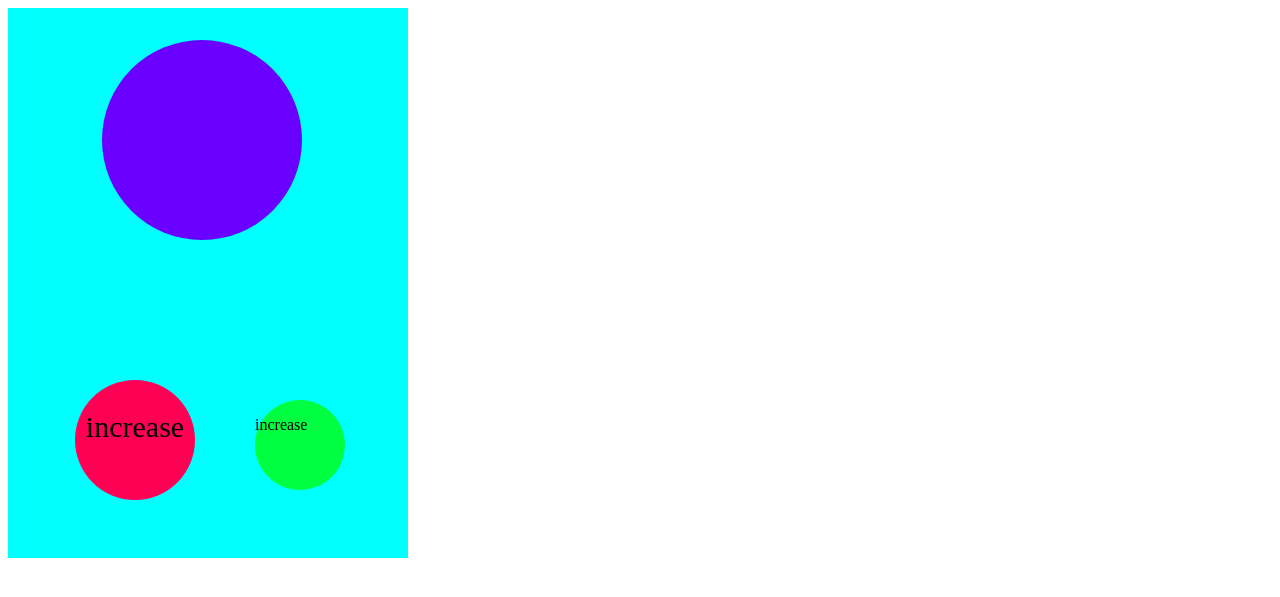
Repository: sara55m/Counter_App
Page: index.html
These files come from the project's save history. The page is drawn as it stood at one moment and after the next save; the edit follows.
The browser window is 1280 px wide. The pictures show the whole page.

Above is the page before, as saved 2024-07-30 03:28:08.

After the next save:
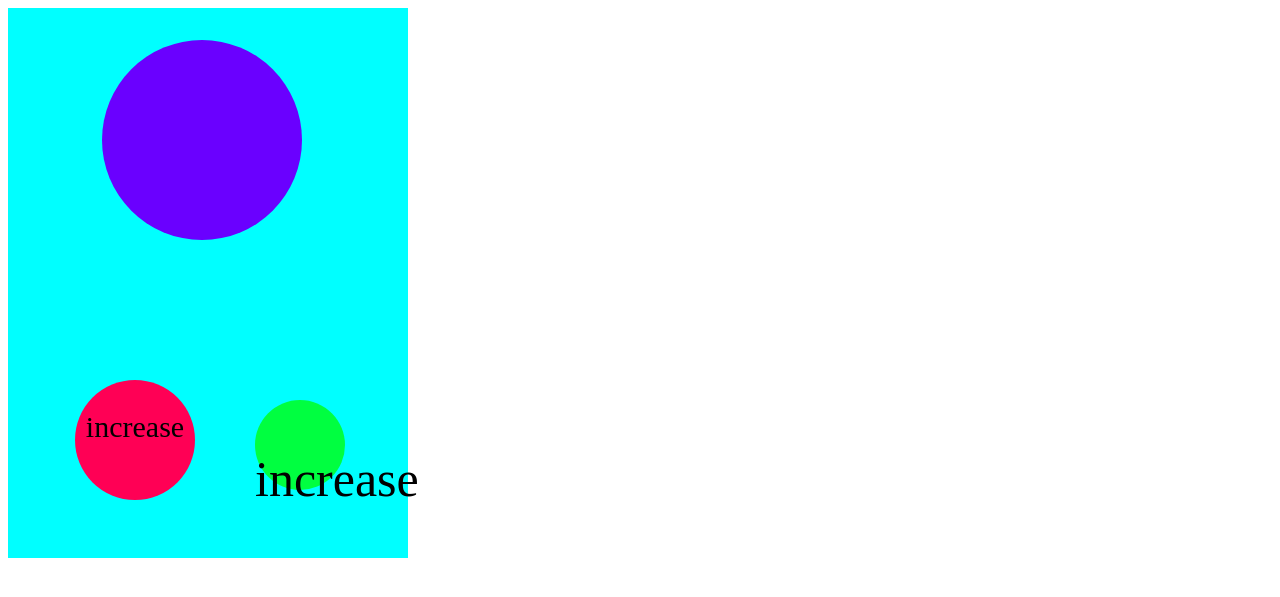
Saved 44 s later.
--- a/css/style.css
+++ b/css/style.css
@@ -32,7 +32,6 @@ p.first{
     font-size: 30px;;
 }
 
-
 .reset{
     position:absolute;
     top:400px;
@@ -41,4 +40,10 @@ p.first{
     width:90px;
     border-radius: 50%;
     background-color: rgb(0, 255, 64);
+    text-align: center;
+    font-size: 50px;
 }
+
+p.second{
+    font-size: 15spx;;
+}
